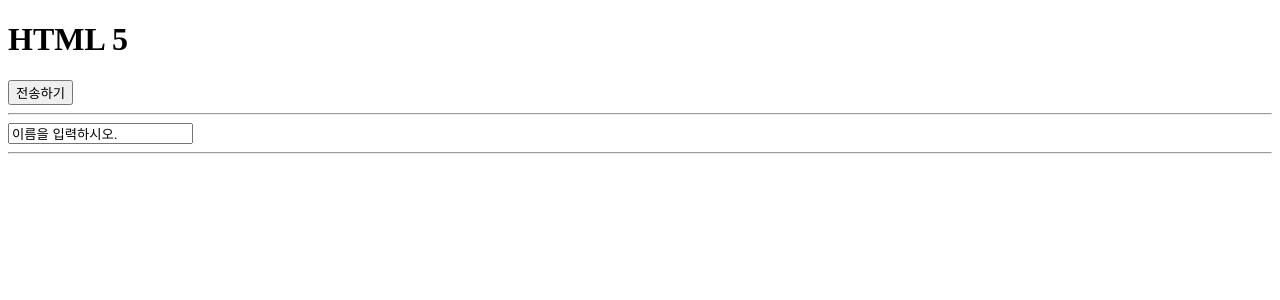
Repository: sujin9335/Front-end
Page: ClientTest/src/main/webapp/html/ex19.html
An editor plug-in stored every save of this project. The page is shown before and after the next save, followed by the edit.
The browser window is 1280 px wide. The pictures show the whole page.

Above is the page before, as saved 2023-09-21 08:07:54.

### ClientTest/src/main/webapp/html/ex19.html
<!DOCTYPE html>
<html>
<head>
<meta charset="UTF-8">
<title>Insert title here</title>
</head>
<body>
	<h1>HTML 5</h1>

	<form method="POST" action="ex18_server.jsp">

		<input type="submit" value="전송하기">
		<hr>

		<input type="text"
			value="이름을 입력하시오."
			onfocus="this.value='';"><!-- 완벽하지 않음 -->


		<hr>


	</form>




</body>
</html>

After the next save:
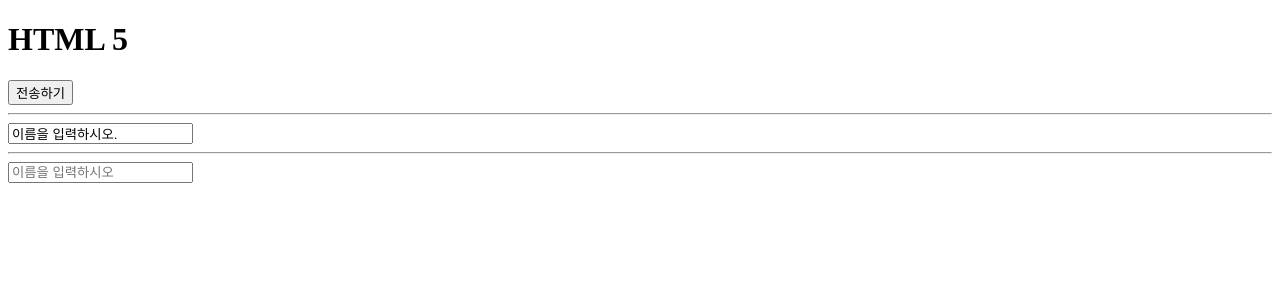
Saved 24 s later.
--- a/ClientTest/src/main/webapp/html/ex19.html
+++ b/ClientTest/src/main/webapp/html/ex19.html
@@ -19,6 +19,8 @@
 
 		<hr>
 
+		<input type="text" placeholder="이름을 입력하시오">
+
 
 	</form>
 
